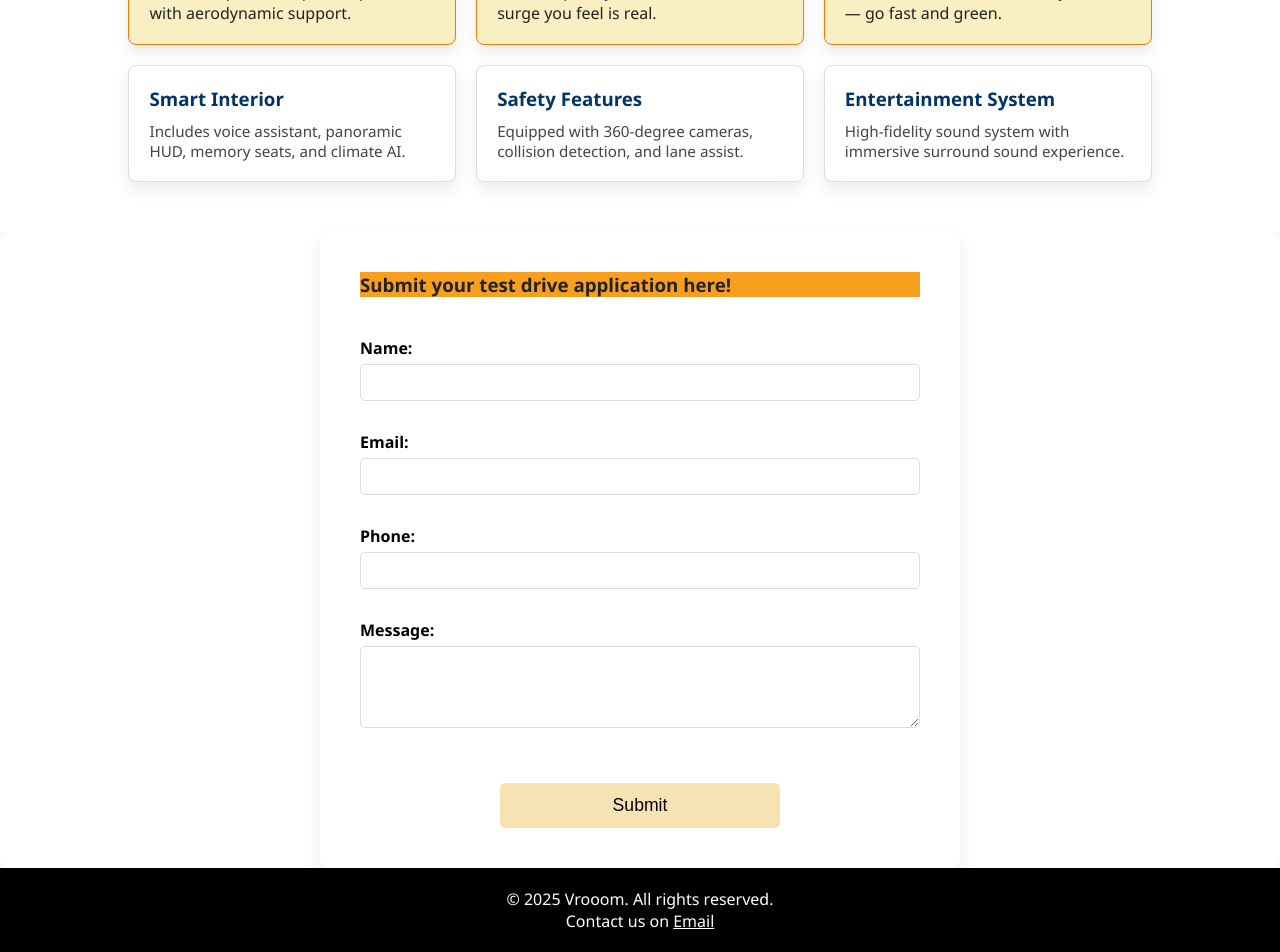
Repository: JiaheSu22/vrooom-responsive-main
Page: index.html
An editor plug-in stored every save of this project. The page is shown before and after the next save, followed by the edit.
The browser window is 1280 px wide. The pictures show the part of the page from y = 836 to 1788 px (the page is 1788 px tall before and 1748 px after).
A picture or video elsewhere on the page could not be fetched, so the positions and the page height are approximate.

Above is the page before, as saved 2025-04-11 15:41:30.

### index.html
<!DOCTYPE html>
<html lang="en">

<head>
  <meta charset="UTF-8">
  <title>Vrooom — Barracuda X10</title>
  <style>
    * {
      box-sizing: border-box;
      margin: 0;
      padding: 0;
    }

    body {
      font-family: 'Segoe UI', sans-serif;
      background-color: #f9f9f9;
      color: #222;
    }

    /* HERO SECTION */
    .hero {
      position: relative;
      height: 100vh;
      width: 100%;
      background-image: url('assets/mercedes-vision-avtr.webp');
      background-repeat: no-repeat;
      background-size: cover;
      background-position: center;
      overflow: hidden;
    }

    /* Optional dark overlay for unifying text+video contrast */
    .hero::before {
      content: "";
      position: absolute;
      inset: 0;
      background: linear-gradient(to right, rgba(0, 0, 0, 0.7), rgba(0, 0, 0, 0.1));
      z-index: 0;
    }

    /* Logo - slightly rotated, floating */
    .hero-logo {
      position: absolute;
      left: 2px;
      width: 30%;
      transform: rotate(-8deg);
      z-index: 0;
    }

    .hero-logo img {
      width: 100%;
    }

    /* Rotated text box */
    .hero-text {
      position: absolute;
      bottom: 3%;
      left: 5%;
      background: rgba(255, 255, 255, 0.1);
      padding: 30px;
      border-left: 6px solid #f6e3b4;
      border-radius: 10px;
      backdrop-filter: blur(1px);
      z-index: 0;

    }

    .hero-text h1 {
      font-size: 3em;
      color: #a0fcf7;
      margin-bottom: 10px;
    }

    .hero-text p {
      font-size: 1.2em;
      color: #fff;
    }

    /* Tilted video box */
    .hero-video {
      position: absolute;
      top: auto;
      bottom: 20px;
      right: 20px;
      box-shadow: 0 10px 20px rgba(0, 0, 0, 0.6);
      z-index: 0;
      border-radius: 5px;
      overflow: hidden;
      transition: transform 0.3s ease;
    }

    .hero-video:hover {
      transform: scale(1.3);
    }

    .hero-video video {
      width: 100%;
      display: block;
      border-radius: 2px;
    }

    /* CARD SECTION */
    .card-section {
      display: flex;
      flex-wrap: wrap;
      justify-content: center;
      gap: 20px;
      padding: 50px 10%;
      background-color: #ffffff;
    }

    .top-card {
      background: rgb(248, 240, 194);
      border: 1px solid #f97705;
      border-radius: 8px;
      box-shadow: 0 8px 16px rgba(0, 0, 0, 0.08);
      padding: 20px;
      width: 32%;
      transition: transform 0.3s ease;
    }

    .card {
      background: white;
      border: 1px solid #ddd;
      border-radius: 8px;
      box-shadow: 0 8px 16px rgba(0, 0, 0, 0.08);
      width: 32%;
      padding: 20px;
      transition: transform 0.3s ease;
    }

    .top-card:hover {
      transform: translateY(10px);
      box-shadow: 0 12px 24px rgba(101, 247, 205, 0.1);
    }

    .card:hover {
      transform: translateY(-5px);
      box-shadow: 0 12px 24px rgba(0, 0, 0, 0.1);
    }

    .card h3 {
      margin-bottom: 10px;
      color: #003566;
    }

    .card p {
      font-size: 0.95em;
      color: #444;
    }

    .form-section {
      display: flex;
      flex-direction: column;
      background: #ffffff;
      border-radius: 12px;
    }

    .form-header {
      background-color: #f99f20;
      margin-bottom: 40px;
    }

    .form-section form {
      display: flex;
      flex-direction: column;
      border-radius: 8px;
      box-shadow: 0 8px 16px rgba(0, 0, 0, 0.08);
      width: 50%;
      padding: 40px;
      margin: auto;
    }

    .form-section label {
      display: flex;
      font-weight: bold;
      margin-bottom: 5px;
      color: #000000;
    }

    .form-section input,
    textarea {
      width: 100%;
      padding: 10px;
      border: 1px solid #ddd;
      border-radius: 5px;
      margin-bottom: 15px;
    }

    .form-section .form {
      margin-bottom: 15px;
    }

    .form-section button {
      margin: auto;
      background: #f6e3b4;
      color: #000000;
      border: none;
      padding: 12px 25px;
      border-radius: 5px;
      cursor: pointer;
      font-size: 1.1em;
      width: 50%;
      margin-top: 20px;
      transition: background 0.3s ease;
    }

    .form-section button:hover {
      background: #f97705;
      color: #fff;
    }

    .footer {
      background: #000000;
      padding: 20px;
      text-align: center;
      color: #ffffff;
    }

    .footer a {
      color: #ffffff;
      transition: background 0.3s ease;
    }

    .footer a:hover {
      color: #f6e3b4;
    }

    /* Responsive Adjustments */
    @media (max-width: 768px) {
      .hero-text {
        position: static;
        margin: 20px auto;
        background: rgba(0, 0, 0, 0.7);
        text-align: center;
      }

      .hero-video {
        position: static;
        width: 90%;
        margin: 20px auto;
      }

      .card-section {

        align-items: center;
        padding: 30px 5%;
      }
    }
  </style>
</head>

<body>

  <!-- HERO SECTION -->
  <section class="hero">

    <!-- Logo -->
    <div class="hero-logo">
      <img src="assets/logo-enh.png" alt="Vrooom Logo">
    </div>

    <!-- Text -->
    <div class="hero-text">
      <h1>Mercedes Vision AVTR</h1>
      <p>A marriage between art and science.</p>
    </div>

    <!-- Video -->
    <div class="hero-video">
      <video autoplay loop muted>
        <source src="assets/avtr-demo.mp4" type="video/mp4">
        Your browser does not support the video tag.
      </video>
    </div>

  </section>

  <!-- CARD SECTION -->
  <section class="card-section">
    <div class="top-card">
      <h3>Top Speed</h3>
      <p>Reaches up to 220mph on open track with aerodynamic support.</p>
    </div>
    <div class="top-card">
      <h3>Acceleration</h3>
      <p>0 to 60mph in just 3.0 seconds. The surge you feel is real.</p>
    </div>
    <div class="top-card">
      <h3>Eco Mode</h3>
      <p>Fuel-efficient and clean in city mode — go fast and green.</p>
    </div>
    <div class="card">
      <h3>Smart Interior</h3>
      <p>Includes voice assistant, panoramic HUD, memory seats, and climate AI.</p>
    </div>
    <div class="card">
      <h3>Safety Features</h3>
      <p>Equipped with 360-degree cameras, collision detection, and lane assist.</p>
    </div>
    <div class="card">
      <h3>Entertainment System</h3>
      <p>High-fidelity sound system with immersive surround sound experience.</p>
    </div>
  </section>

  <section class="form-section">
    <form action="">
      <div class="form-header">
        <h3>Submit your test drive application here!</h3>
      </div>
      <div class="form">
        <label for="name">Name:</label>
        <input type="text" id="name" name="name" required>
      </div>
      <div class="form">
        <label for="email">Email:</label>
        <input type="email" id="email" name="email" required>
      </div>
      <div class="form">
        <label for="phone">Phone:</label>
        <input type="tel" id="phone" name="phone" required>
      </div>
      <div class="form">
        <label for="message">Message:</label>
        <textarea id="message" name="message" rows="4" required></textarea>
      </div>
      <button type="submit">Submit</button>
    </form>
  </section>

  <section class="footer">
    <footer>
      <div class="footer-content">
        <p>&copy; 2025 Vrooom. All rights reserved.</p>
        <p>Contact us on <a href="mailto:contect@vroom.com">Email</a>
      </div>
    </footer>
  </section>
</body>

</html>

After the next save:
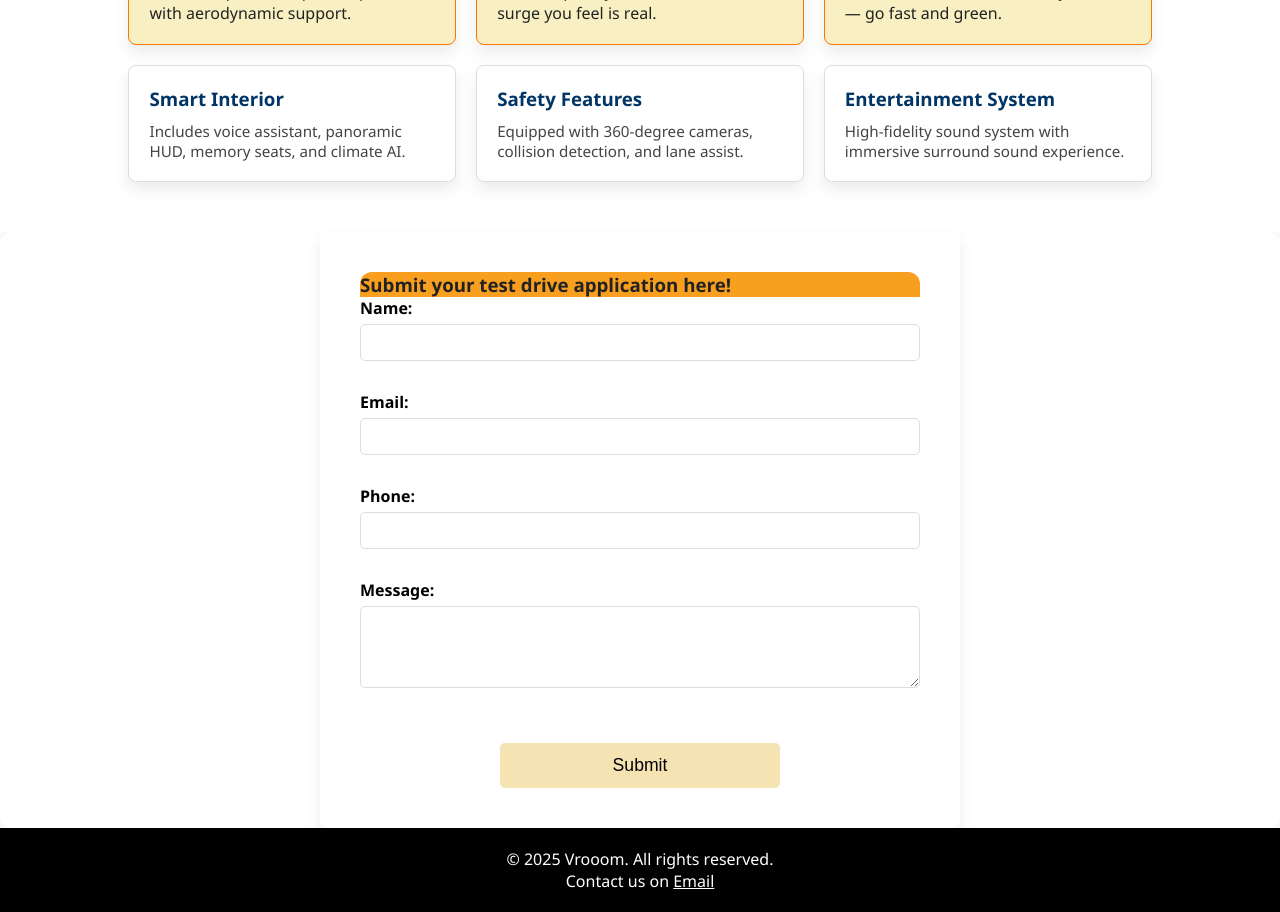
Saved 3 min 15 s later.
--- a/index.html
+++ b/index.html
@@ -158,7 +158,12 @@
 
     .form-header {
       background-color: #f99f20;
-      margin-bottom: 40px;
+      padding: 0;
+      /* 去掉padding，使其与表单紧密连接 */
+      width: 100%;
+      /* 确保header填充整个宽度 */
+      border-radius: 12px 12px 0 0;
+      /* 保持顶部圆角 */
     }
 
     .form-section form {
